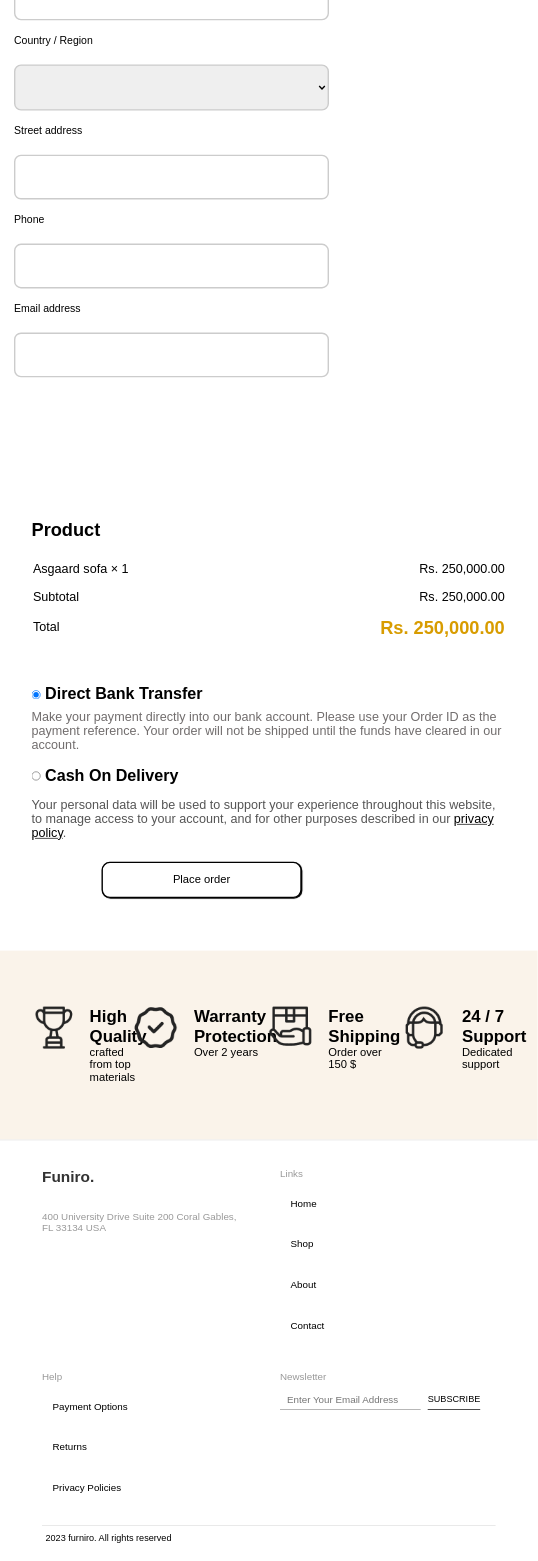
Repository: Ali1Kh/Furniro-ITI
Page: pages/checkout.html
These files come from the project's save history. The page is drawn as it stood at one moment and after a run of saves; the edit follows.
The browser window is 768 px wide. The pictures show the part of the page from y = 800 to 3040 px (the page is 3030 px tall before and 3040 px after), at 70% of full size.

Above is the page before, as saved 2025-07-19 20:47:11.

### pages/checkout.html
<!DOCTYPE html>
<html lang="en">

<head>
  <meta charset="UTF-8">
  <meta name="viewport" content="width=device-width, initial-scale=1.0">
  <title>CheckOut</title>
  <link rel="shortcut icon" href="../assets/icons/Logo.png" type="image/x-icon">
  <link rel="stylesheet" href="../styles/index.css">
  <link rel="stylesheet" href="../styles/checkout.css">
</head>

<body>

  <nav>
    <!-- Navigation -->
    <div class="navBar">
      <div class="text">
        <p>Furniro</p>
      </div>

      <div class="menu-icon" onclick="toggleSidebar()">☰</div>

      <div class="navBarLinks">
        <ul>
          <li><a href="/pages/home.html">Home</a></li>
          <li><a href="/pages/shop.html">Shop</a></li>
          <li><a href="/">About</a></li>
          <li><a href="/pages/contact.html">Contact</a></li>
        </ul>
      </div>

     <div class="navBarIcons">
        <a href="/pages/Compare.html"><i class="fa-solid fa-user"></i></a>
        <a href="/pages/shop.html"><i class="fa-solid fa-magnifying-glass"></i></a>
        <a href="/"><i class="fa-solid fa-heart"></i></a>
        <a href="/pages/checkout.html"><i class="fa-solid fa-cart-plus"></i></a>
      </div>
    </div>


    <!-- Sidebar for mobile -->
    <div class="sidebar" id="sidebar">
      <a href="" onclick="toggleSidebar()">✖</a>
      <a href="">Home</a>
      <a href="/pages/shop.html">Shop</a>
      <a href="/">About</a>
      <a href="/pages/contact.html">Contact</a>
    </div>
  </nav>

  <main class="checkout">
    <div id="home">
      <div class="img-conteaner">
        <img src="../assets/img/Rectangle 1.png" alt="">

        <div class="text-conteaner">
          <img src="../assets/icons/Logo.png" alt="" style="width: 100px;height: 77px;margin-top: -80px; left: 1px; ">
          <h2 style="font-size: 48px; font-family: Poppins; top: 20px;">Checkout</h2>
          <h3 style="top: 30px;left: -11px; "><span style="width: 48;height: 24;top: 295px;left: 660px; ">Home ></span>
            Checkout</h3>
        </div>
      </div>
    </div>

    <div id="content">
      <div class="form">
        <h1 style="font-family: Poppins;font-weight: 600;font-style: SemiBold;font-size: 36px;">Billing details</h1>
        <br><br>
        <form>
          <div class="input" style="width: 200px;">
            <label>First name</label><br>
            <input type="text" name="firatname" id="firatname">
          </div>

          <div class="input" style="width: 200px; position: relative;bottom: 127px;left: 266px;">
            <label>Last name</label><br>
            <input type="text" name="lastname" id="lastname">
          </div>

          <div class="input" style="position: relative; bottom: 90px; width: 450px;">
            <label>Company Name (Optional)</label><br>
            <input type="text" name="Companyname(Optional)" id="Companyname(Optional)">
          </div>

          <div class="input" style="position: relative; bottom: 90px; width: 450px;">
            <label>Country / Region</label><br>
            <select>
              <option></option>
              <option>UK</option>
              <option>Argantina</option>
              <option>Brasil</option>
              <option>Egypt</option>
              <option>USA</option>
            </select>
          </div>

          <div class="input" style="position: relative; bottom: 90px; width: 450px;">
            <label>Street address</label><br>
            <input type="text" name="Streetaddress" id="Streetaddress">
          </div>

          <div class="input" style="position: relative; bottom: 90px; width: 450px;">
            <label>Phone</label><br>
            <input type="number" name="Phone" id="Phone">
          </div>

          <div class="input" style="position: relative; bottom: 90px; width: 450px;">
            <label>Email address</label><br>
            <input type="email" name="Emailaddress" id="Emailaddress">
          </div><br><br>

        </form>
      </div>
      <div class="table">
        <div class="order-summary">
          <h2>Product</h2>
          <table>
            <tr>
              <td>Asgaard sofa × 1</td>
              <td style="text-align: right;">Rs. 250,000.00</td>
            </tr>
            <tr>
              <td>Subtotal</td>
              <td style="text-align: right;">Rs. 250,000.00</td>
            </tr>
            <tr>
              <td>Total</td>
              <td style="text-align: right;" class="total">Rs. 250,000.00</td>
            </tr>
          </table><br><br>

          <div class="payment-methods">
            <label><input type="radio" name="payment" checked> Direct Bank Transfer</label>
            <p>
              Make your payment directly into our bank account. Please use your Order ID as the payment reference. Your
              order will not be shipped until the funds have cleared in our account.
            </p>

            <label><input type="radio" name="payment"> Cash On Delivery</label>
          </div>

          <div class="privacy">
            Your personal data will be used to support your experience throughout this website, to manage access to your
            account, and for other purposes described in our <a href="#">privacy policy</a>.
          </div>

          <button class="btn">Place order</button>
        </div>
      </div>
    </div>

    <div id="quality">
      <div class="1"
        style="display: flex; gap: 1.5rem; padding-top: 80px; padding-bottom: 80px;width: 25%;padding-left: 50px;">
        <div class="l"><img src="../assets/icons/Group copy.png" alt=""></div>
        <div class="r">
          <h2>High Quality</h2>
          <p>crafted from top materials</p>
        </div>

      </div>
      <div class="2" style="display: flex; gap: 1.5rem; padding-top: 80px; padding-bottom: 80px;width: 25%;">
        <div class="l"><img src="../assets/icons/Group (2).png" alt=""></div>
        <div class="r">
          <h2>Warranty Protection</h2>
          <p>Over 2 years</p>
        </div>

      </div>
      <div class="3" style="display: flex; gap: 1.5rem; padding-top: 80px; padding-bottom: 80px;width: 25%;">
        <div class="l"><img src="../assets/icons/Vector (2).png" alt=""></div>
        <div class="r">
          <h2>Free Shipping</h2>
          <p>Order over 150 $</p>
        </div>

      </div>
      <div class="4" style="display: flex; gap: 1.5rem; padding-top: 80px; padding-bottom: 80px;width: 25%;">
        <div class="l"><img src="../assets/icons/customer-support.png" alt=""></div>
        <div class="r">
          <h2>24 / 7 Support</h2>
          <p>Dedicated support</p>
        </div>

      </div>

    </div>
  </main>

  <footer class="footer">
    <div class="footer-container">
      <div class="footer-sec">
        <h2 class="logo">Funiro.</h2>
        <p style="padding-top: 20px;">400 University Drive Suite 200 Coral Gables,<br>FL 33134 USA</p>
      </div>

      <div class="footer-sec">
        <h4>Links</h4>
        <ul>
          <li><a href="#">Home</a></li>
          <li><a href="#">Shop</a></li>
          <li><a href="#">About</a></li>
          <li><a href="#">Contact</a></li>
        </ul>
      </div>

      <div class="footer-sec">
        <h4>Help</h4>
        <ul>
          <li><a href="#">Payment Options</a></li>
          <li><a href="#">Returns</a></li>
          <li><a href="#">Privacy Policies</a></li>
        </ul>
      </div>

      <div class="footer-sec new">
        <h4>Newsletter</h4>
        <div class="subscribe">
          <input type="email" placeholder="Enter Your Email Address">
          <button>SUBSCRIBE</button>
        </div>
      </div>
    </div>

    <div class="footer-bottom">
      <p>2023 furniro. All rights reserved</p>
    </div>
  </footer>

  <script src="../scripts/index.js"></script>

</body>

</html>

### styles/index.css
:root {
  --mainColor: #feeed8;
}

* {
  margin: 0;
  padding: 0;
  box-sizing: border-box;
}

body {
  font-family: "Poppins", sans-serif;
}

.navBar img {
  display: inline;
}

.navBar {
  width: 100%;
  height: 80px;
  display: flex;
  justify-content: space-between;
  align-items: center;
  padding: 0 50px;
  background-color: #fff;
  z-index: 1000;
  position: sticky;
  top: 0;
}

.navBarLinks ul {
  list-style: none;
  display: flex;
  gap: 60px;
}

.navBarLinks a {
  text-decoration: none;
  font-size: 18px;
  color: black;
}

.navBarIcons {
  display: flex;
  gap: 30px;
}

.text p {
  font-weight: bold;
  font-size: 22px;
  color: #b88e2f;
}

/* Sidebar for mobile */
.sidebar {
  height: 100%;
  width: 0;
  position: fixed;
  background-color: #8d8d8d;
  overflow-x: hidden;
  transition: 0.3s;
  padding-top: 60px;
  z-index: 999;
}
.sidebar a {
  padding: 12px 20px;
  text-decoration: none;
  font-size: 20px;
  color: white;
  display: block;
}
.sidebar a:hover {
  background-color: #444;
}

.menu-icon {
  font-size: 28px;
  cursor: pointer;
  display: none;
  padding: 15px;
}

/* Quality */

#quality {
  display: flex;
  background-color: rgba(250, 243, 234, 1);
  width: 100%;
}

/* Page Header */

#pageHeader .imge {
  position: relative;
  width: 100%;
  height: auto;
}

#pageHeader .imge img {
  width: 100%;
  height: auto;
  display: block;
}

#pageHeader .adresIn {
  position: absolute;
  top: 50%;
  left: 50%;
  transform: translate(-50%, -50%);
  color: black;
  text-align: center;
}

#pageHeader .mainP1 {
  font-size: 48px;
}
#pageHeader .scoundP1 {
  font-size: 16px;
}

.footerBox {
  height: 400px;
  width: 100%;
}
.with-line::before,
.with-line::after {
  content: "";
  display: block;
  height: 1px;
  background-color: #c6c6c6;
  margin: 20px auto;
  width: 100%;
}

.with-line::after {
  width: 82%;
}

.infoterbox {
  margin-left: 100px;
  margin-right: 100px;
  display: grid;
  grid-template-columns: 1fr 1fr 1fr 1.5fr;
  gap: 20px;
  padding: 30px;
  color: white;

  height: 100%;
}

.mainFooterBar {
  font-weight: bold;
  font-size: 24px;
  color: #000;
}
.scoundFooterBar {
  font-size: 16px;
  font-weight: 300;
  color: #9f9f9f;
  position: relative;
  top: 40px;
}

.prgraphF {
  position: relative;
  top: 54px;
}

.infoterboxLM a,
.infoterboxRM a {
  display: block;
  margin-top: 55px;
  text-decoration: none;
  color: #000;
  width: 70%;
}

.infoterboxLM p,
.infoterboxRM p,
.prgraphFF p {
  font-size: 16px;
  font-weight: 300;
  color: #9f9f9f;
}

.SUBSCRIBE {
  position: relative;
  top: 53px;
}

.SUBSCRIBE button {
  font-size: 14px;
  font-weight: bold;
  width: 85px;
  height: 21px;
  border: none;
  border-bottom: 1px solid black;
  margin-left: 15px;
  background-color: white;

  cursor: pointer;
}

.SUBSCRIBE input {
  font-size: 14px;
  width: 200px;
  height: 21px;
  color: #9f9f9f;
  border: none;
  border-bottom: 1px solid black;
}

.SUBSCRIBE input:focus {
  outline: none;
}

@media (max-width: 768px) {
  .navBarLinks {
    display: none;
  }
  .menu-icon {
    display: block;
  }
  .navBarIcons {
    display: none;
  }
}

@media (max-width: 767px) {
  .navBarIcons {
    display: none;
  }
}

### styles/checkout.css
* {
  margin: 0;
  padding: 0;
}
.checkout ul {
  list-style: none;
}

.checkout a {
  text-decoration: none;
}

/* start header */

#header {
  background-color: rgb(250, 245, 240);
  border: 1px solid #ccc;
  width: 100%;
  height: 90px;
}
#header .navbar {
  display: flex;
  justify-content: space-between;
  align-items: center;
}
#header .navbar .logo {
  display: flex;
  width: 185;
  height: 41;
  opacity: 1;
  top: 29px;
  left: 54px;
  gap: 5px;
}
#header .navbar img {
  width: 185;
  height: 41px;
  top: 29px;
  left: 54px;
  gap: 5px;
}

/* #header .navbar .imgs{
    width: 300px;
    display: flex;
    position: relative;
    bottom: 10px;
} */

#header .navbar ul {
  display: flex;
}
#header .navbar ul li a {
  position: relative;
  color: black;
  font-size: 25px;
  margin: 0 20px;
  font-weight: bold;
  transition: 0.3s ease;
  bottom: 15px;
}
#header .navbar ul li a:hover {
  color: bisque;
}

/* finish header */

.img-conteaner {
  position: relative;
  width: 100%;
}

.img-conteaner img {
  width: 100%;
  height: 316px;
  top: 100px;
}

.text-conteaner {
  position: absolute;
  top: 50%;
  left: 50%;
  transform: translate(-50%, -50%);
}
.text-conteaner h3 {
  position: relative;
  bottom: 90px;
  left: 40px;
}
.text-conteaner h2 {
  position: relative;
  bottom: 90px;
  left: -50px;
}

/* #content {
  display: flex;
  justify-content: space-between;
  gap: 8rem;
  max-width: 1240px;
  margin: auto;
  padding-top: 100px;
}

.form {
  width: 50%;
} */







#content {
  display: flex;
  justify-content: space-between;
  flex-wrap: wrap; /* مهم جدا */
  gap: 2rem;
  max-width: 1200px;
  margin: auto;
  padding: 50px 20px;
}

.form, .table {
  flex: 1 1 100%; /* هتكون عمودين فوق بعض مبدئياً */
}















.form h1 {
  font-size: 36px;
  font-weight: 600;
  margin-bottom: 30px;
}

form label {
  font-weight: 500;
  margin-bottom: 8px;
  display: block;
  font-size: 15px;
}

form input,
form select {
  width: 100%;
  padding: 22px;
  border: 2px solid #ccc;
  border-radius: 10px;
  font-size: 14px;
}

.input {
  margin-bottom: 20px;
}

.table {
  width: 48%;
}

.order-summary {
  padding: 25px;
}

.order-summary h2 {
  font-size: 26px;
  margin-bottom: 20px;
}

.order-summary table {
  width: 100%;
  margin-bottom: 20px;
}

.order-summary table td {
  padding: 8px 0;
  font-size: 18px;
}

.order-summary .total {
  font-weight: bold;
  color: #d89c00;
  font-size: 26px;
}

.payment-methods label {
  display: block;
  margin-bottom: 10px;
  font-weight: bold;
  font-size: 23px;
}

.payment-methods p {
  font-size: 18px;
  color: #716d6d;
  margin: 10px 0 20px;
  line-height: 1.1;
}

.privacy {
  font-size: 18px;
  color: #555;
  margin: 20px 0;
  line-height: 1.1;
}

.privacy a {
  text-decoration: underline;
  color: black;
}

.btn {
  padding: 15px 100px;
  background: #fff;
  border: 2px solid black;
  border-radius: 12px;
  font-size: 16px;
  transition: 0.3s ease;
  margin-left: 100px;
  margin-top: 10px;
  box-shadow: 1px 1px 1px black;
}




/* .btn {
  width: 100%;
  padding: 15px;
  background: #fff;
  border: 2px solid black;
  border-radius: 12px;
  font-size: 16px;
  margin-top: 20px;
  box-shadow: 1px 1px 2px black;
} */

.btn:hover {
  background-color: #babd8e;
}

.footer {
  background-color: #fff;
  padding: 40px 60px 20px;
  border-top: 1px solid #e0e0e0;
  color: #333;
}

/* .footer-container {
  display: flex;
} */



.footer-container {
  display: flex;
  flex-wrap: wrap;
  justify-content: space-between;
  gap: 2rem;
}


.footer-sec {
  flex: 1 1 100%;
}

.footer-sec h2.logo {
  font-size: 22px;
  font-weight: 700;
  margin-bottom: 15px;
}

.footer-sec h4 {
  font-size: 14px;
  font-weight: 500;
  color: #999;
  margin-bottom: 10px;
}

.footer-sec ul {
  list-style: none;
  padding: 0;
  margin: 0;
}

.footer-sec ul li {
  margin-bottom: 10px;
  padding: 15px;
}

.footer-sec ul li a {
  text-decoration: none;
  color: #000;
  font-size: 14px;
}

.footer-sec p {
  color: #999;
  font-size: 14px;
}

.new .subscribe {
  display: flex;
  gap: 10px;
  margin-top: 10px;
}

.new input {
  padding: 6px 10px;
  font-size: 14px;
  border: none;
  border-bottom: 1px solid #999;
  outline: none;
}

.new button {
  background: none;
  border: none;
  border-bottom: 1px solid #000;
  color: #000;
  font-size: 13px;
  font-weight: 500;
}

.footer-bottom {
  border-top: 1px solid #e0e0e0;
  padding: 5px;
  margin-top: 20px;
  padding-top: 10px;
  text-align: left;
  font-size: 13px;
  color: #000;
}


/* .navBar {
  display: flex;
  justify-content: space-between;
  align-items: center;
  padding: 20px 40px;
  flex-wrap: wrap;
}

.navBar .menu-icon {
  display: none;
  font-size: 28px;
  cursor: pointer;
}

.navBarLinks ul,
.navBarIcons {
  display: flex;
  gap: 15px;
}

.sidebar {
  display: none;
  position: fixed;
  top: 0;
  right: 0;
  background-color: white;
  width: 250px;
  height: 100%;
  padding: 20px;
  z-index: 999;
  flex-direction: column;
  box-shadow: -2px 0 10px rgba(0,0,0,0.1);
}

.sidebar a {
  display: block;
  padding: 15px;
  font-size: 18px;
  color: #333;
  text-decoration: none;
} */
 .subscribe {
  display: flex;
  flex-direction: column;
  gap: 10px;
}

@media (max-width: 768px) {
  .navBarLinks,
  .navBarIcons {
    display: none;
  }

  .menu-icon {
    display: block;
  }

  .sidebar {
    display: flex;
  }

   .form, .table {
    flex: 1 1 48%;
  }

    .btn {
    width: auto;
    padding: 15px 100px;
    margin-left: 100px;
  }
  .footer-sec {
    flex: 1 1 45%;
  }
  .subscribe {
    flex-direction: row;
  }
}

### scripts/index.js
function toggleSidebar() {
  const sidebar = document.getElementById("sidebar");
  if (sidebar.style.width === "250px") {
    sidebar.style.width = "0";
  } else {
    sidebar.style.width = "250px";
  }
}

function toggleSidebar() {
  const sidebar = document.getElementById("sidebar");
  if (sidebar.style.display === "flex") {
    sidebar.style.display = "none";
  } else {
    sidebar.style.display = "flex";
  }
}

After the next 2 saves:
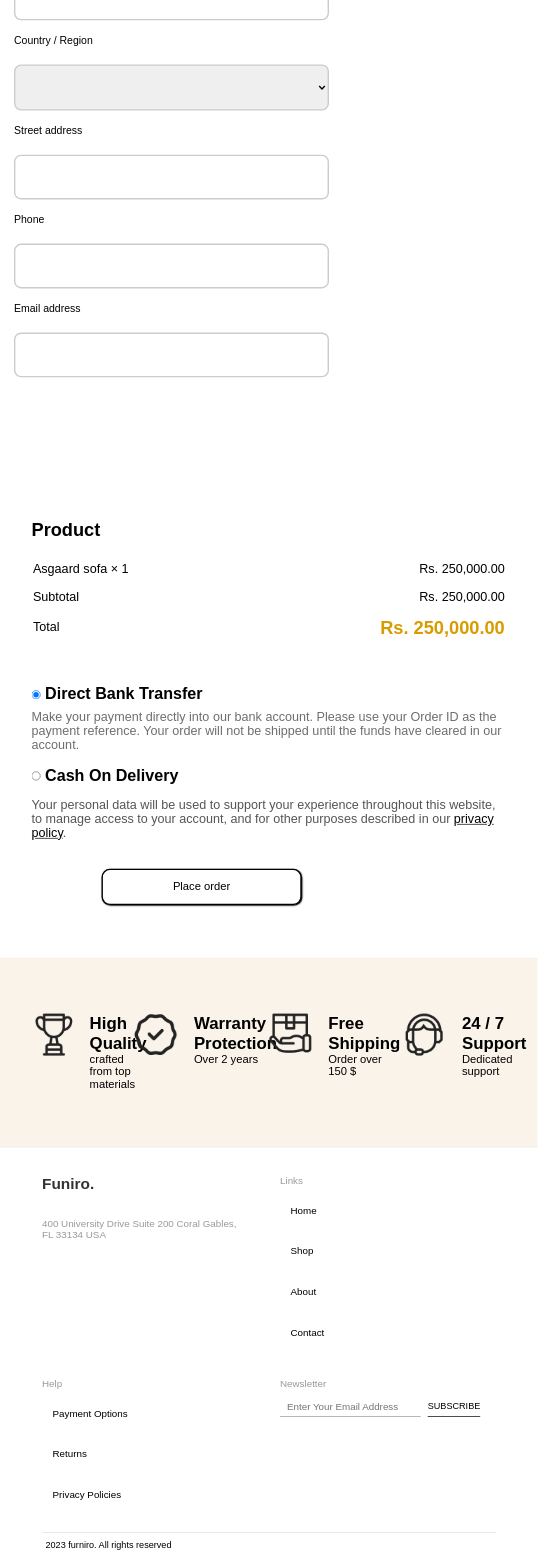
The 2 saves are shown as one change because they came seconds apart.
The last was saved 60 s later.
--- a/styles/checkout.css
+++ b/styles/checkout.css
@@ -221,7 +221,7 @@ form select {
   color: black;
 }
 
-.btn {
+/* .btn {
   padding: 15px 100px;
   background: #fff;
   border: 2px solid black;
@@ -231,12 +231,12 @@ form select {
   margin-left: 100px;
   margin-top: 10px;
   box-shadow: 1px 1px 1px black;
-}
-
-
-
-
-/* .btn {
+} */
+
+
+
+
+.btn {
   width: 100%;
   padding: 15px;
   background: #fff;
@@ -245,7 +245,7 @@ form select {
   font-size: 16px;
   margin-top: 20px;
   box-shadow: 1px 1px 2px black;
-} */
+}
 
 .btn:hover {
   background-color: #babd8e;
@@ -386,11 +386,6 @@ form select {
   color: #333;
   text-decoration: none;
 } */
- .subscribe {
-  display: flex;
-  flex-direction: column;
-  gap: 10px;
-}
 
 @media (max-width: 768px) {
   .navBarLinks,
@@ -418,7 +413,4 @@ form select {
   .footer-sec {
     flex: 1 1 45%;
   }
-  .subscribe {
-    flex-direction: row;
-  }
-}
+}
